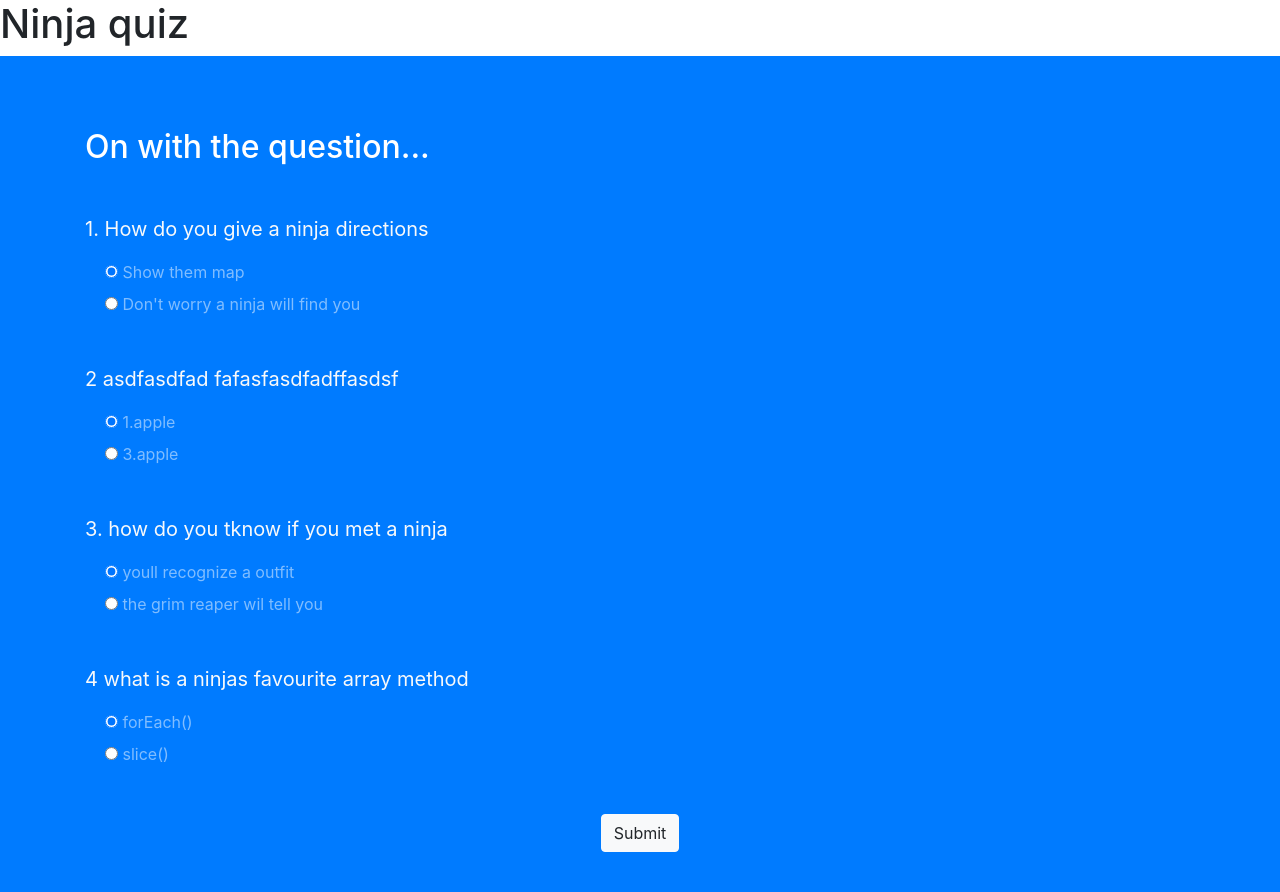
Repository: ajgors/config
Page: Nauka Js/Projekty/Quiz/index.html
An editor plug-in stored every save of this project. The page is shown before and after the next save, followed by the edit.
The browser window is 1280 px wide. The pictures show the whole page.

Above is the page before, as saved 2019-08-11 18:09:37.

After the next save:
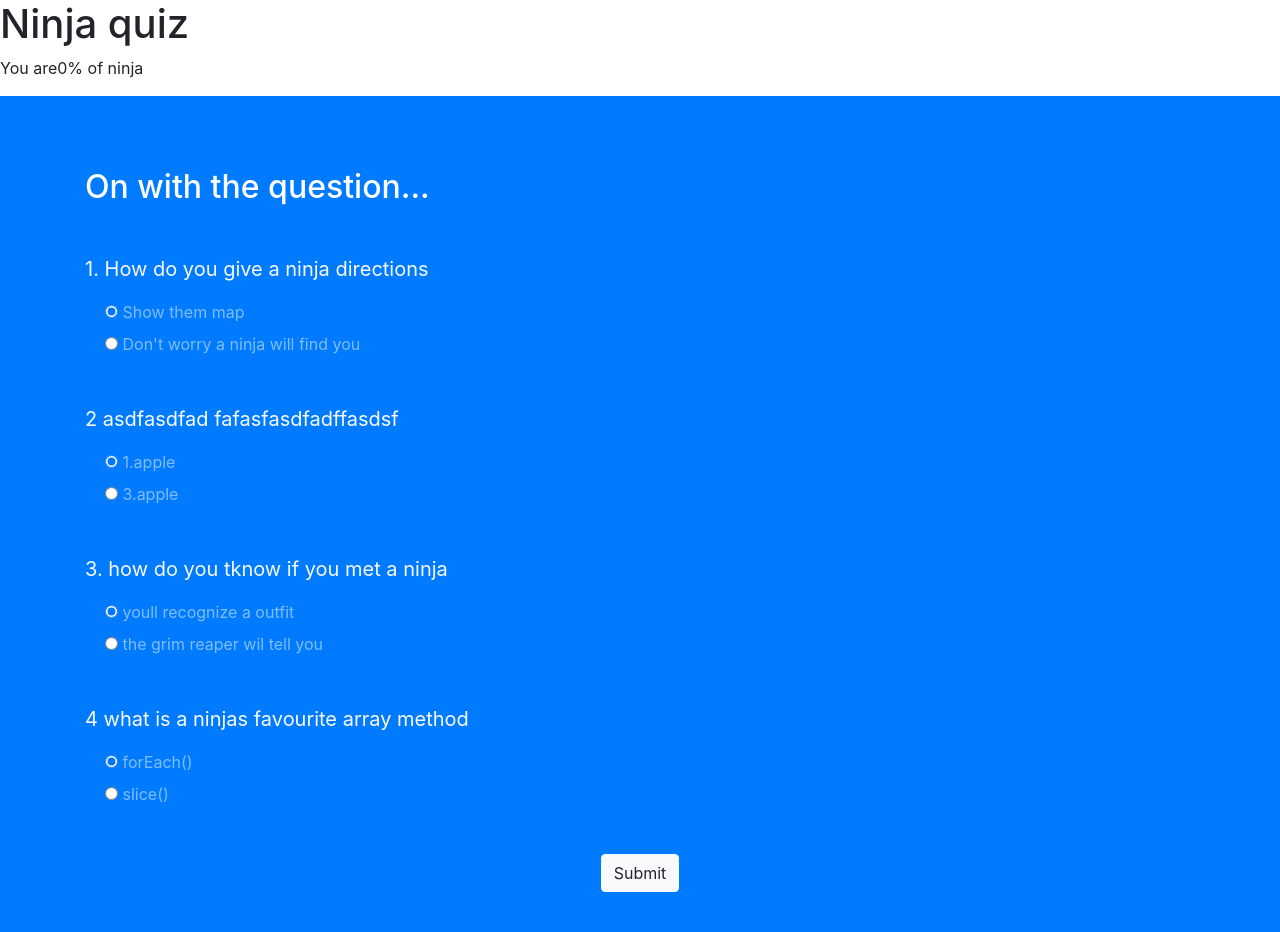
Saved 29 s later.
--- a/Nauka Js/Projekty/Quiz/index.html
+++ b/Nauka Js/Projekty/Quiz/index.html
@@ -28,6 +28,10 @@
             <p>You are <span class="text-primary display-4 p-3">0%</span>Ninja</p>
         </div>
     </div> -->
+
+    <div class="result">
+        <p>You are<span>0%</span> of ninja</p>
+    </div>
 
     <!-- Form -->
     <div class="quiz py-4 bg-primary">
